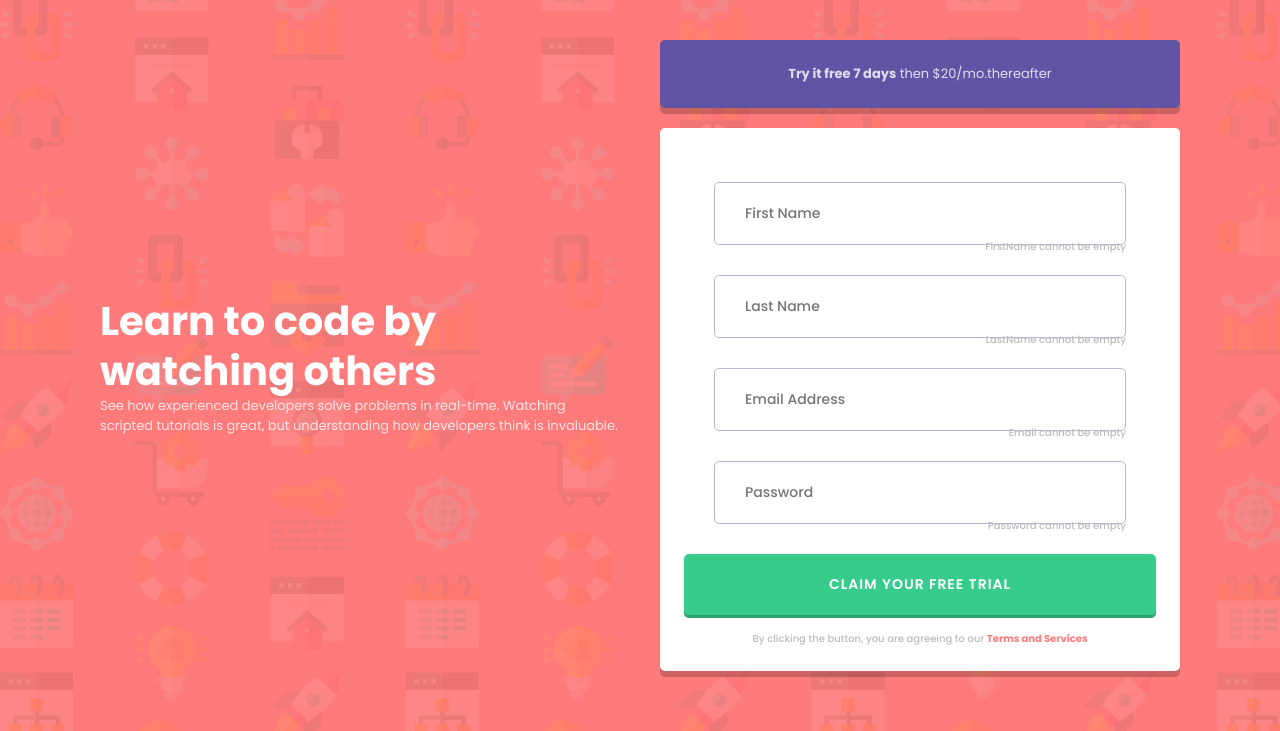
Repository: Akashiii1/WebSignup_Form_Day2
Page: index.html
The author's editor kept a copy of each file at every save. The page is drawn from the files as they stood at one save, then again after the next save.
The browser window is 1280 px wide. The pictures show the whole page.

Above is the page before, as saved 2021-12-19 17:27:30.

After the next save:
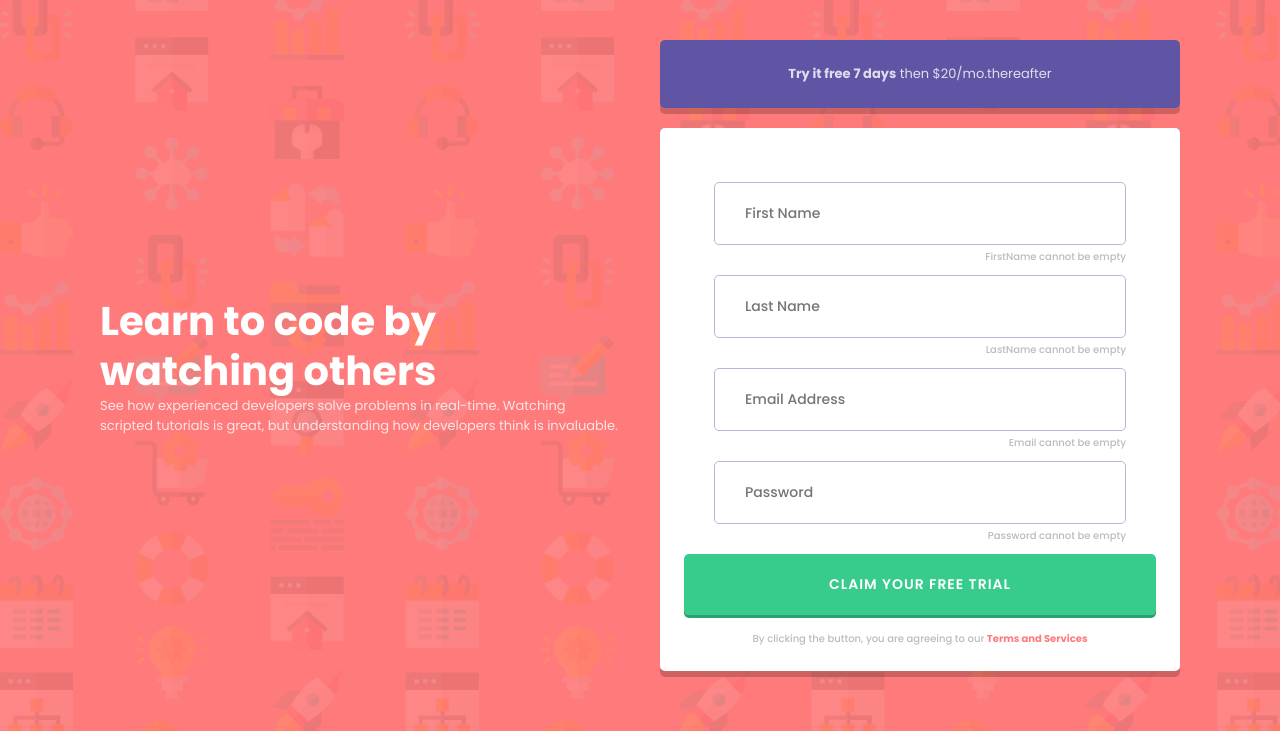
Saved 7 s later.
--- a/style.css
+++ b/style.css
@@ -145,6 +145,6 @@ small a{
 .form-control small{
   text-align: right;
   position: absolute;
-  bottom: -10px;
+  bottom: -20px;
   right: 0;
 }
